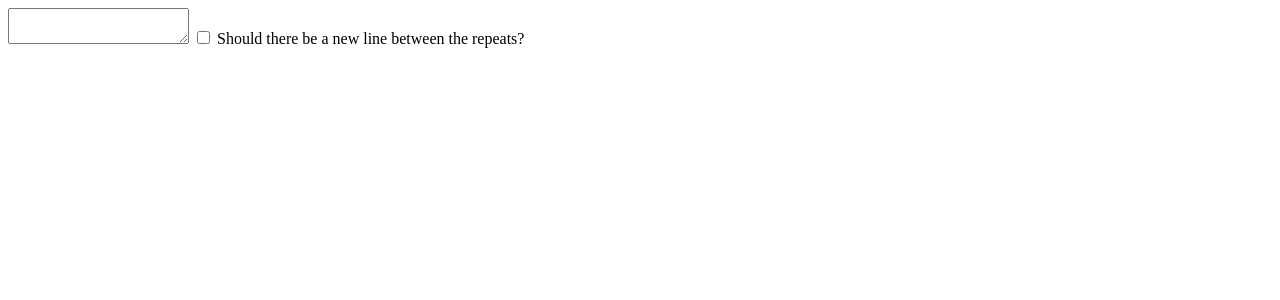
Repository: klothius/Online-string-repeater-with-numbers
Page: _layouts/default.html
The author's editor kept a copy of each file at every save. The page is drawn from the files as they stood at one save, then again after the next save.
The browser window is 1280 px wide. The pictures show the whole page.

Above is the page before, as saved 2019-05-10 07:09:32.

### _layouts/default.html
<textarea class="input"></textarea>
<label>
  <input type="checkbox" class="add-newline">
  Should there be a new line between the repeats?
</label>
<script>
function doWork () {
  let input = document.querySelector('textarea.input').textContent;
  let shouldAddNewLine = document.querySelector('.add-newline').checked;
  let repeatNumber = document.querySelector('.repeat-number').value;
  let output = input;
  for (let i = 1; i <= repeatNumber; i++) {
    if (shouldAddNewLine) {
      output += '\n';
    }
    output += input.replace('{n}', i);
  }
  document.querySelector('textarea.output').value = output;
}
</script>

After the next save:
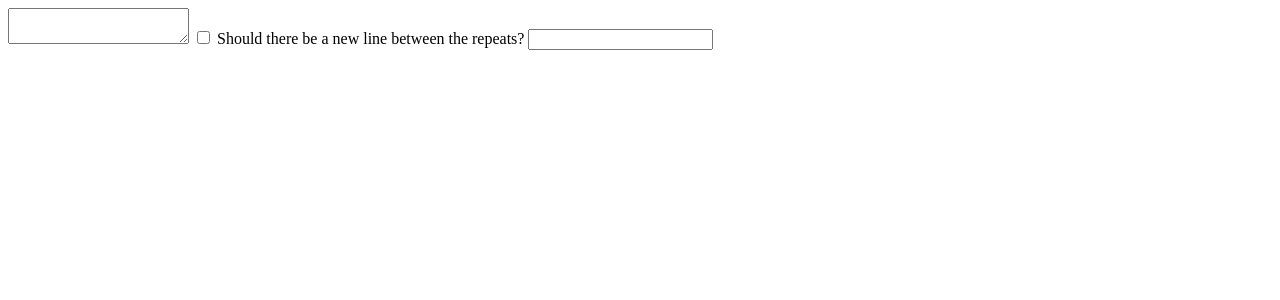
Saved 2 min 1 s later.
--- a/_layouts/default.html
+++ b/_layouts/default.html
@@ -1,8 +1,11 @@
-<textarea class="input"></textarea>
-<label>
-  <input type="checkbox" class="add-newline">
-  Should there be a new line between the repeats?
-</label>
+<div class="container">
+    <textarea class="input"></textarea>
+    <label>
+      <input type="checkbox" class="add-newline">
+      Should there be a new line between the repeats?
+    </label>
+    <input type="text" class="repeat-number">
+</div>
 <script>
 function doWork () {
   let input = document.querySelector('textarea.input').textContent;
